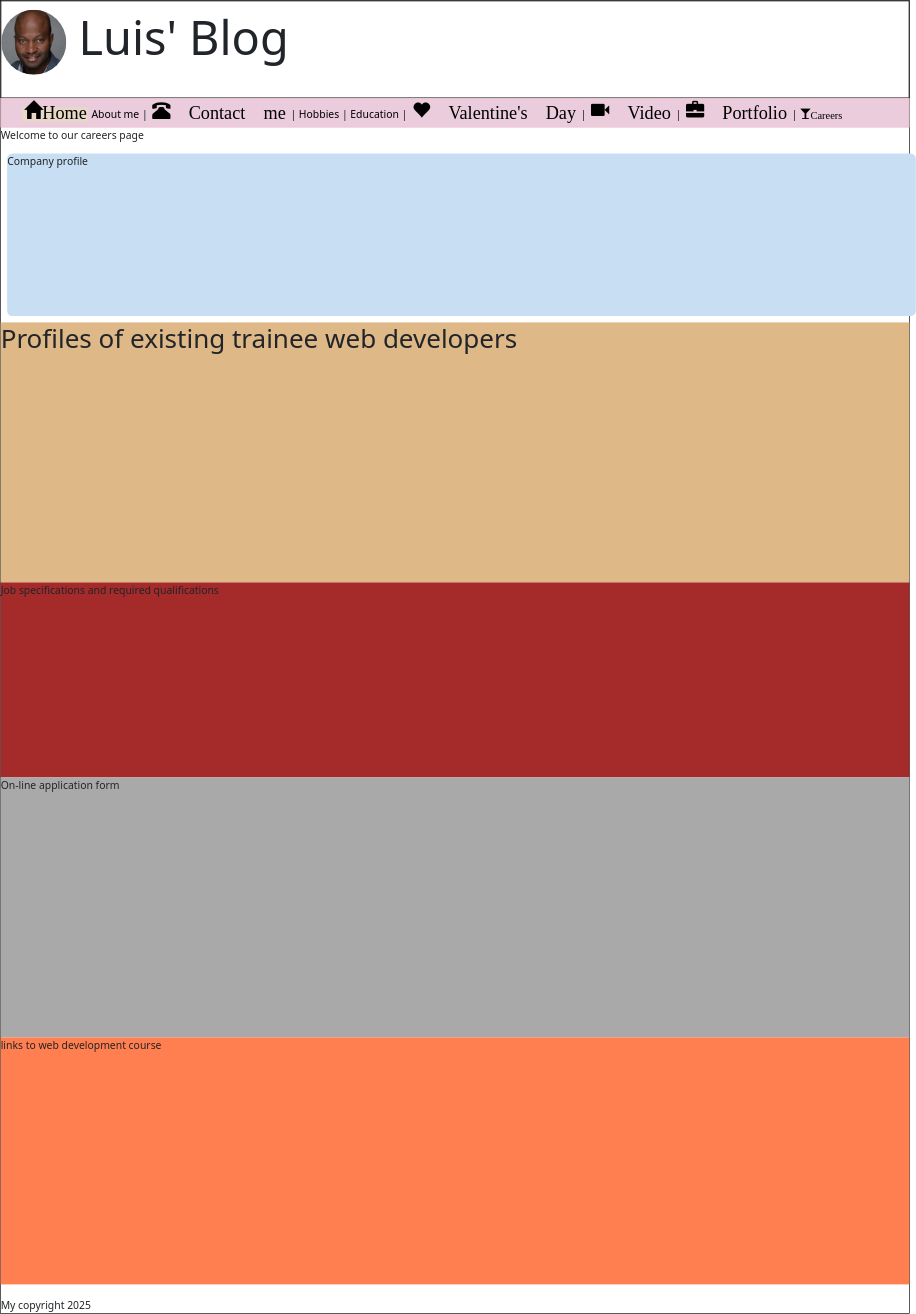
Repository: Apex-03/Apex-03.github.io
Page: careers.html
The author's editor kept a copy of each file at every save. The page is drawn from the files as they stood at one save, then again after the next save.
The browser window is 1280 px wide. The page is 1409 px wide, so the pictures cover 1409 px, including what lies to the right of the window. The pictures show the whole page, at 65% of full size.

Above is the page before, as saved 2025-05-06 11:42:10.

After the next save:
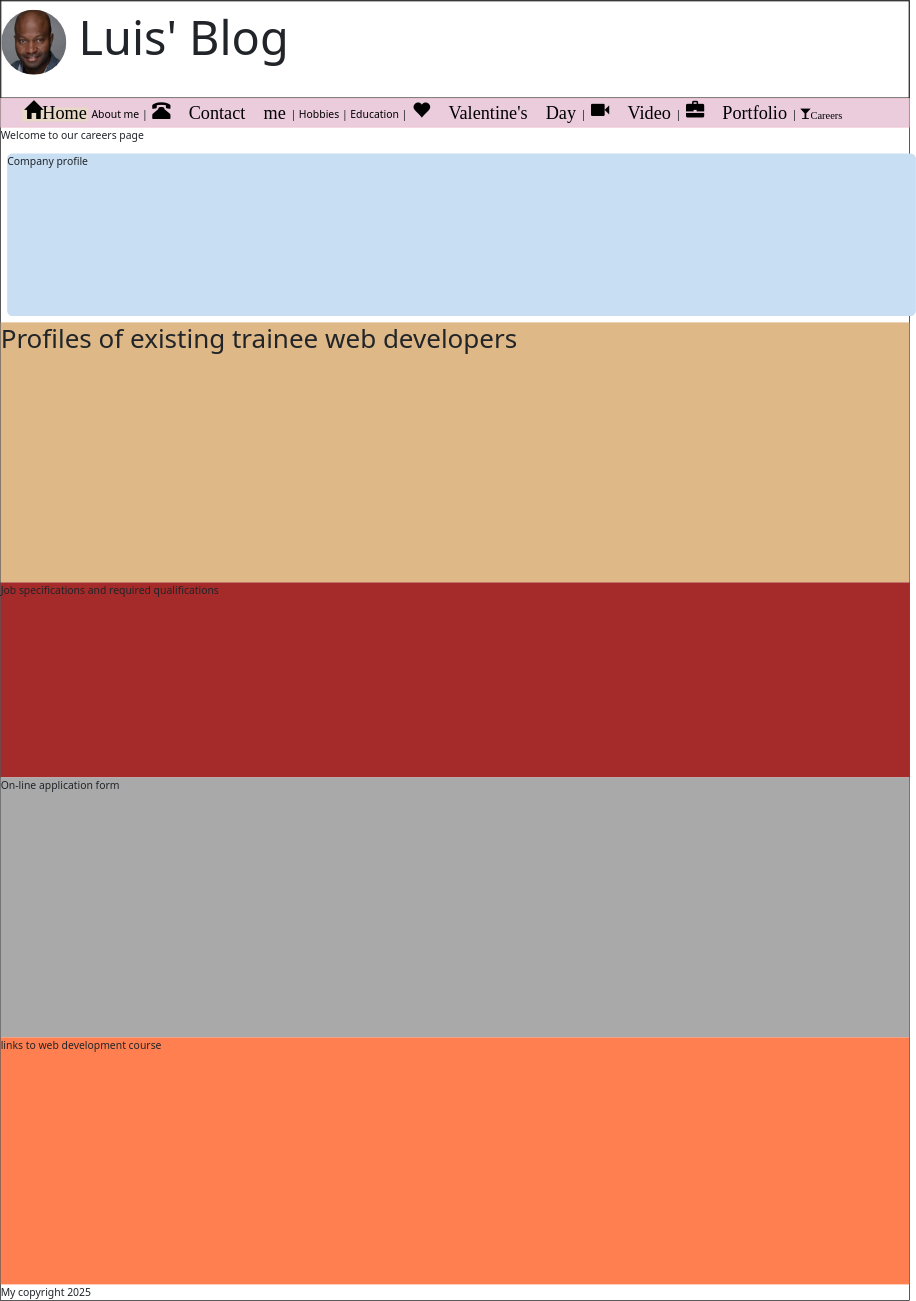
Saved 41 min 41 s later.
--- a/mycss/myblog.css
+++ b/mycss/myblog.css
@@ -59,7 +59,7 @@ background-color: #000;
 }
 
 #contentarea {
-height: 1800px;
+height: auto;
 
 }
 
